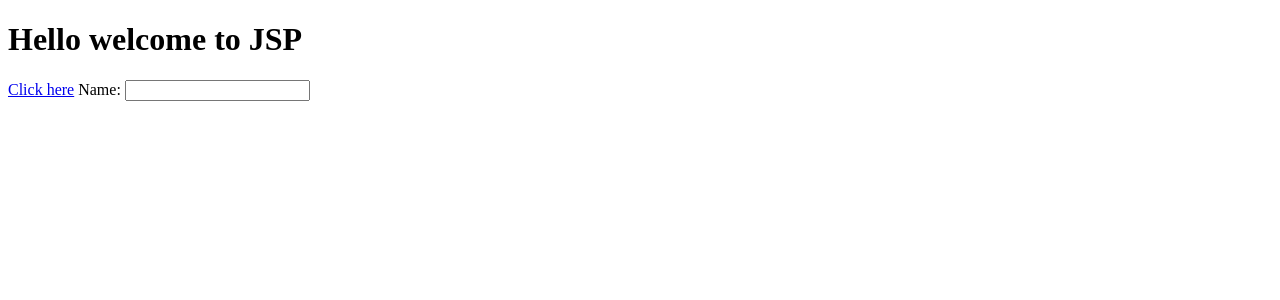
Repository: gauravrathod802/Java-Servlet
Page: http://localhost/MyFirstProject/
These files come from the project's save history. The page is drawn as it stood at one moment and after a run of saves; the edit follows.
The browser window is 1280 px wide. The pictures show the whole page.
The page is served by Tomcat 9.

Above is the page before, as saved 2024-01-07 13:47:59.

After the next 2 saves:
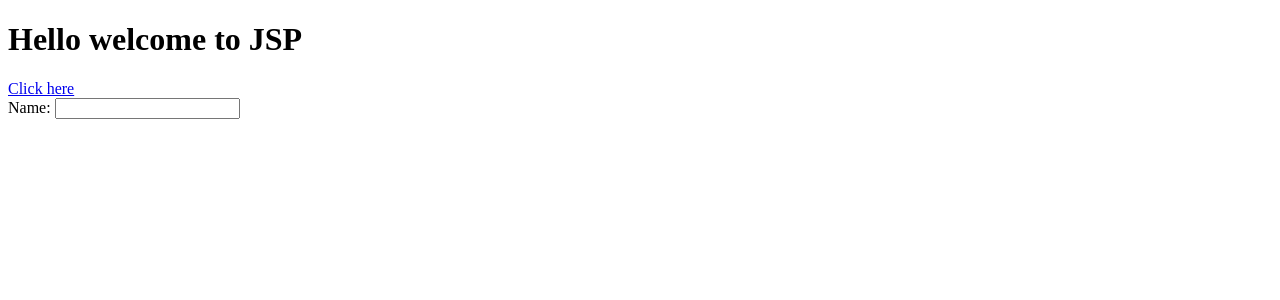
The 2 saves are shown as one change because they came seconds apart.
The last was saved 22 h 31 min later.
--- a/MyFirstProject/WebContent/index.jsp
+++ b/MyFirstProject/WebContent/index.jsp
@@ -9,6 +9,8 @@
 <body>
 <h1>Hello welcome to JSP</h1>
 <a href="MyServlet" >Click here</a>
+
+<form></form>
 <label>Name:</label>
 <input type="text">
 
